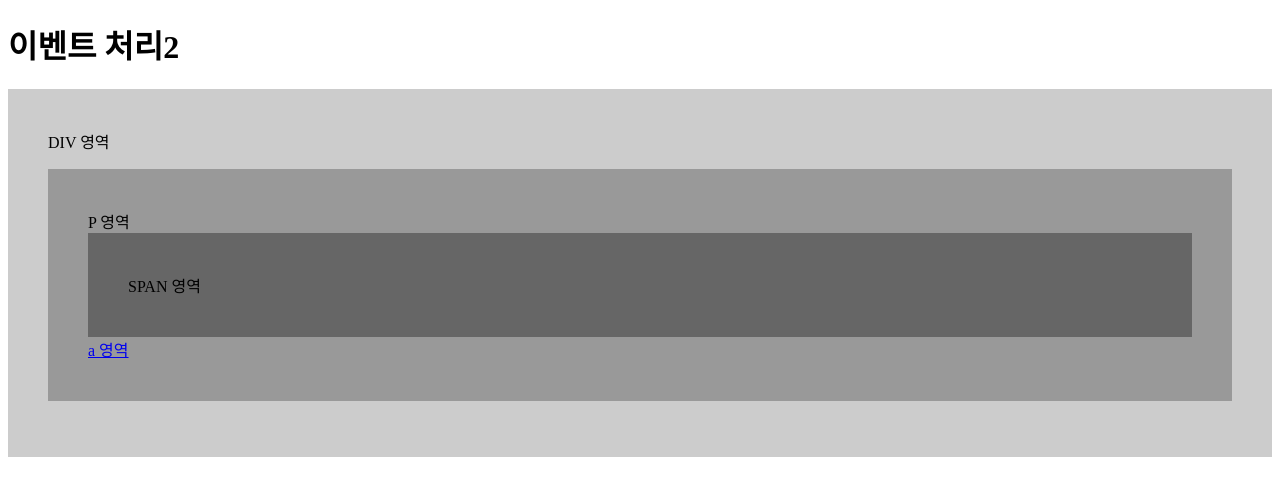
Repository: mira-yoon/vue_1
Page: /
These files come from the project's save history. The page is drawn as it stood at one moment and after the next save; the edit follows.
The browser window is 1280 px wide. The pictures show the whole page.
The project was rebuilt for these pictures with package versions that can differ from the ones it lists, and the page was loaded fresh each time. Also part of the build but not shown: vite.config.js.

Above is the page before, as saved 2023-04-10 17:12:30.

After the next save:
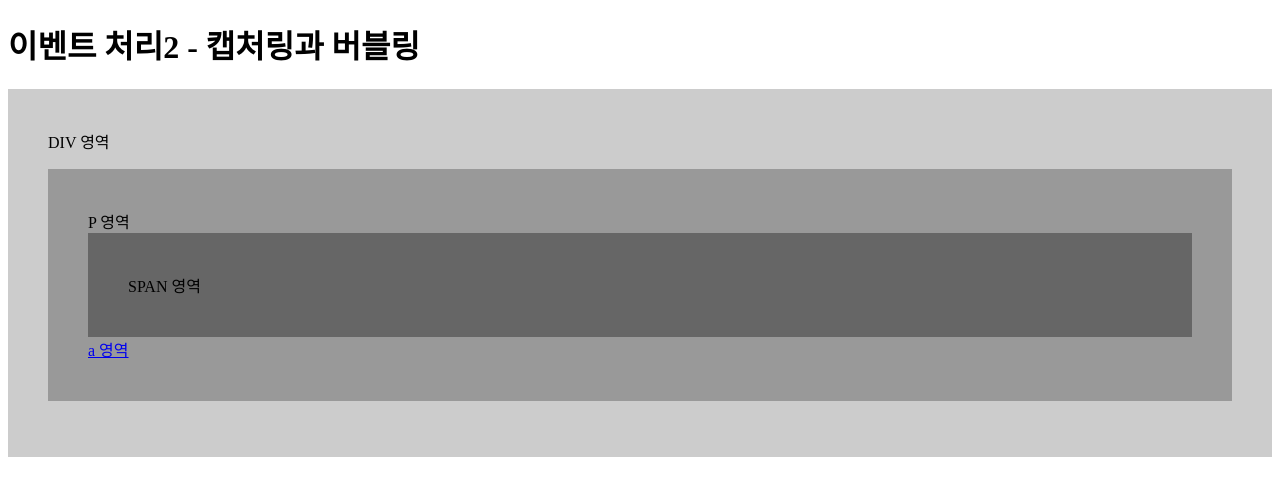
Saved 74 s later.
--- a/src/App.vue
+++ b/src/App.vue
@@ -1,6 +1,6 @@
 <template>
 	<div>
-		<h1>이벤트 처리2</h1>
+		<h1>이벤트 처리2 - 캡처링과 버블링</h1>
 
 		<div id="modifier">
 			<div @click.capture="clickDiv">

After the save that followed:
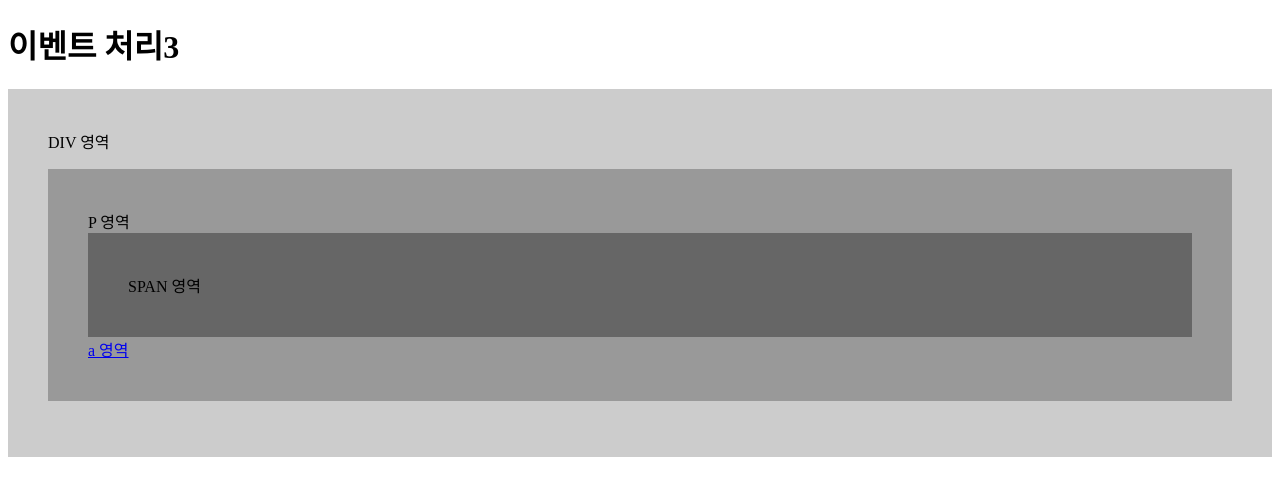
Saved 7 min 23 s later.
--- a/src/App.vue
+++ b/src/App.vue
@@ -1,25 +1,14 @@
 <template>
 	<div>
-		<h1>이벤트 처리2 - 캡처링과 버블링</h1>
+		<h1>이벤트 처리3</h1>
 
 		<div id="modifier">
-			<div @click.capture="clickDiv">
-				<!-- .capture는 캡처링이 일어나게 만들어서, Div 안에 있는 span을 클릭했을 때 div -> span -> p 순으로 이벤트가 일어난다
-					왜냐하면 기본적으로 자바스크립트는 버블링이 일어난다.
-					먼저 캡처링이 일어나서 div 이벤트가 일어나고, 그 담에 span에서 버블링이 일어나서
-					div -> span -> p 순으로 이벤트가 일어나게 되는 것이다.
-				 -->
+			<div @click="clickDiv">
 				DIV 영역
 				<p @click="clickP">
 					P 영역
 					<span @click="clickSpan"> SPAN 영역 </span>
-					<!--
-						<span @click.stop="clickSpan"> SPAN 영역 </span>
-						.stop은 이벤트 전파를 막는 수식어
-					  .stop을 붙이지 않으면 span을 클릭했을 때 버블링이 일어나는데, span -> p -> div 순으로 이벤트가 일어난다.
-					-->
 					<a href="https://naver.com" @click.prevent.stop="clickA"> a 영역 </a>
-					<!-- .prevent는 기본기능을 막는 수식어. 수식어 연달아서 쓸 수 있다. -->
 				</p>
 			</div>
 		</div>
@@ -37,13 +26,11 @@
 		const clickP = () => {
 			console.log('clickP');
 		};
-		const clickSpan = e => {
+		const clickSpan = () => {
 			console.log('clickSpan');
-			//e.stopPropagation(); // 이벤트전파(버블링)을 막는다.
 			alert('좋아요');
 		};
-		const clickA = e => {
-			//e.preventDefault();
+		const clickA = () => {
 			alert('어떤 기능~');
 		};
 		return { clickDiv, clickP, clickSpan, clickA };
